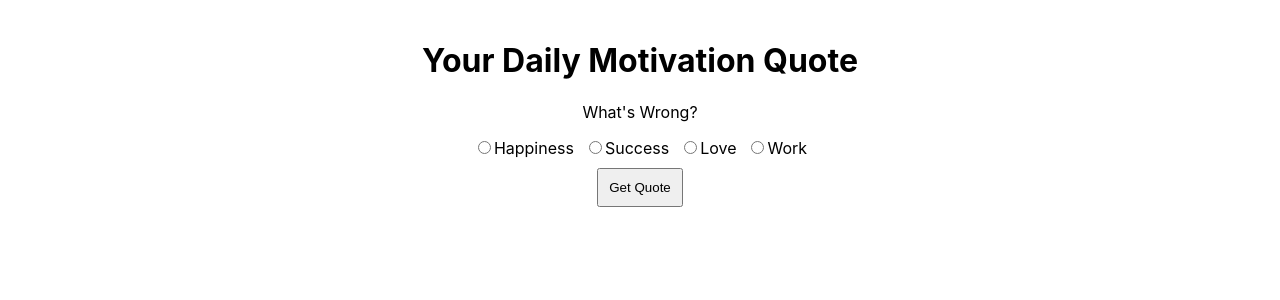
Repository: Allen-Feng-04/Advice_Generator
Page: /
The author's editor kept a copy of each file at every save. The page is drawn from the files as they stood at one save, then again after the next save.
The browser window is 1280 px wide. The pictures show the whole page.
The project was rebuilt for these pictures with package versions that can differ from the ones it lists, and the page was loaded fresh each time.

Above is the page before, as saved 2024-10-26 23:04:41.

After the next save:
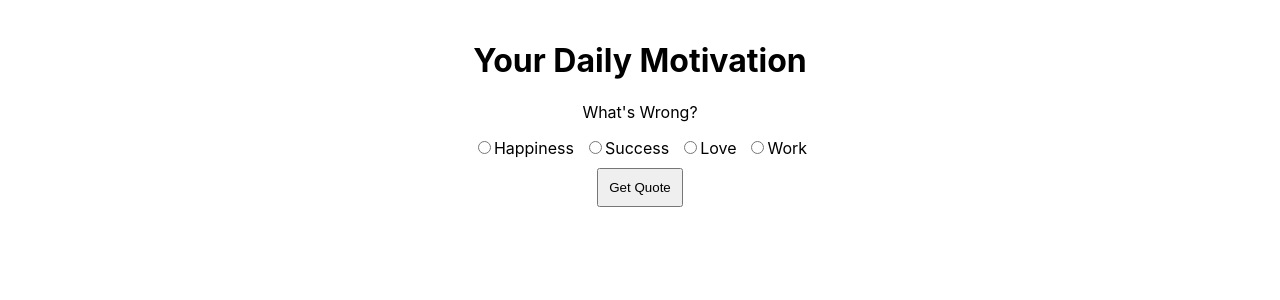
Saved 19 s later.
--- a/src/App.js
+++ b/src/App.js
@@ -33,7 +33,7 @@ function App() {
 
     return (
         <div style={{ textAlign: 'center', padding: '20px' }}>
-            <h1>Your Daily Motivation Quote</h1>
+            <h1>Your Daily Motivation</h1>
             <form onSubmit={handleSubmit}>
                 <p>What's Wrong?</p>
                 <label>
